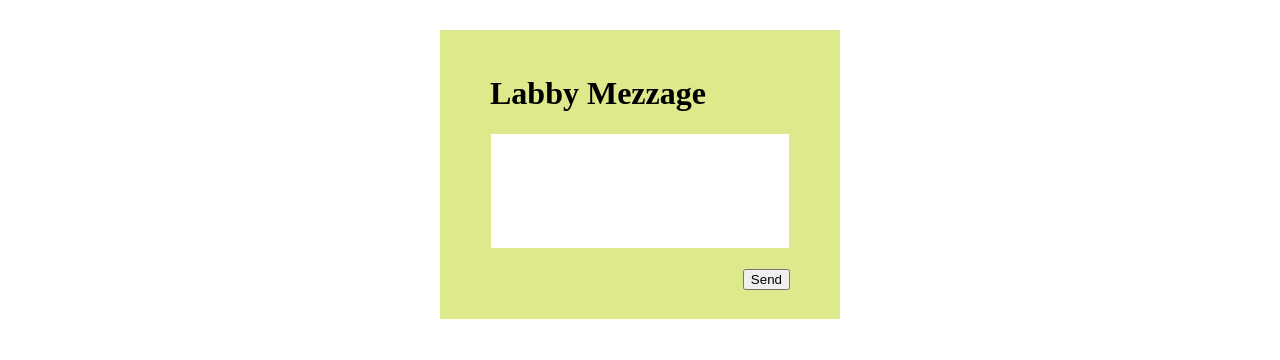
Repository: ml223nw/1dv403-laborationer
Page: 2-labbymezzage/index.html
The author's editor kept a record of every edit. The page is drawn from the files as they stood at one moment, then again after the next edit.
The browser window is 1280 px wide. The pictures show the whole page.

Above is the page before.

After the next edit:
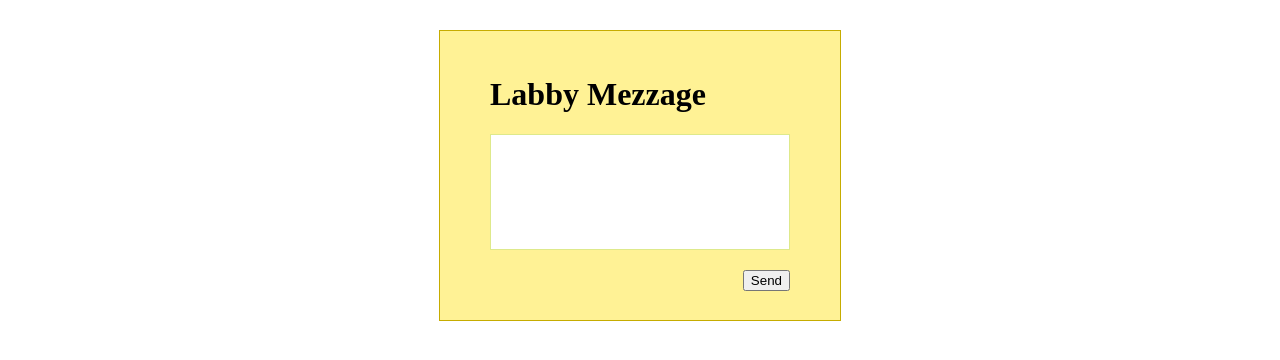
The edit:
--- a/2-labbymezzage/css/stylesheet.css
+++ b/2-labbymezzage/css/stylesheet.css
@@ -8,7 +8,8 @@
     max-width: 300px;
     margin-left: auto;
     margin-right: auto;
-    background-color: #DEE98B;
+    border: 1px solid #C6AC00;
+    background-color: #FFF295;
 }
 
 #input {
